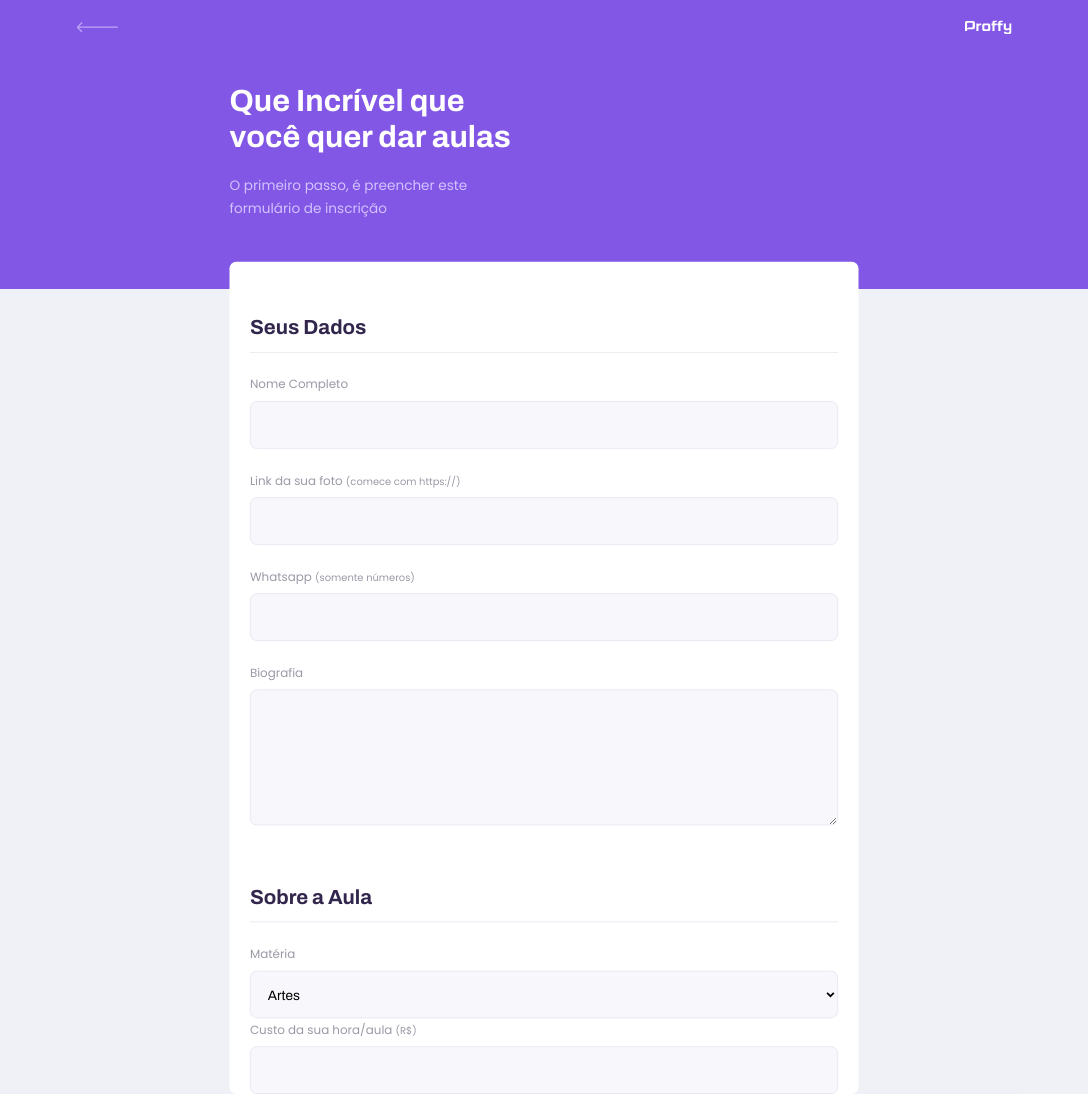
Repository: LukeVersus/NLW
Page: give-classes.html
An editor plug-in stored every save of this project. The page is shown before and after the next save, followed by the edit.
The browser window is 1280 px wide. The pictures show the whole page, at 85% of full size.

Above is the page before, as saved 2020-08-05 22:03:02.

### give-classes.html
<!DOCTYPE html>
<html lang="pt_br">
<head>
    <meta charset="UTF-8">
    <meta name="viewport" content="width=device-width, initial-scale=1.0">
    <title>Proffy | Sua Plataforma de Estudos Online</title>
    <link rel="stylesheet" href="/styles/main.css">
    <link rel="stylesheet" href="/styles/partials/header.css">
    <link rel="stylesheet" href="/styles/partials/forms.css">
    <link rel="stylesheet" href="/styles/partials/page-give-classes.css">
    <link href="https://fonts.googleapis.com/css2?family=Archivo:wght@400;700&amp;family=Poppins:wght@400;600&amp;display=swap" rel="stylesheet">

</head>
<body id="page-give-classes">

    <div id="container">
        <header class="page-header">
            <div class="top-bar-container">
                <a href="/">
                    <img src="/images/icons/back.svg" alt="Voltar">
                </a>
                <img src="/images/logo.svg" alt="Proffy">
            </div>
            <div class="header-content">
               <strong>Que Incrível que você quer dar aulas</strong>
               <p>O primeiro passo, é preencher este formulário de inscrição</p>
            </div>
        </header>
        <main>
           <form action="" id="create-class">
               <fieldset>
                   <legend>Seus Dados</legend>
                   <div class="input-block">
                       <label for="name">Nome Completo</label>
                       <input name="name" id="name" required>
                   </div>
                   <div class="input-block">
                       <label for="avatar">Link da sua foto <small>(comece com https://)</small></label>
                       <input name="avatar" id="avatar" type="url" required>
                   </div>
                   <div class="input-block">
                       <label for="whatsapp">Whatsapp <small>(somente números)</small></label>
                       <input name="whatsapp" id="whatsapp" type="number" required>
                   </div>
                   <div class="textarea-block">
                       <label for="bio">Biografia</label>
                       <textarea name="bio" id="bio" required></textarea>
                   </div>
               </fieldset>
               <fieldset>
                   <legend>Sobre a Aula</legend>
                   <div class="select-block">
                       <label for="subject">Matéria</label>
                       <select name="subject" id="subject" required>
                        <option value="" disabled="" hidden="">Selecione Uma Opção</option>
                        <option value="1">Artes</option>
                        <option value="2">Biologia</option>
                        <option value="3">Ciências</option>
                        <option value="4">Educação Física</option>
                        <option value="5">Espanhol</option>
                        <option value="6">Física</option>
                        <option value="7">Geografia</option>
                        <option value="8">História</option>
                        <option value="9">Inglês</option>
                        <option value="10">Matemática</option>
                        <option value="11">Português</option>
                        <option value="12">Química</option>
                       </select>
                   </div>
                   <div class="input-block">
                       <label for="cost">Custo da sua hora/aula <small>(R$)</small></label>
                       <input name="cost" id="cost" type="number" required>
                   </div>
               </fieldset>
           </form>
        </main>
    </div>


</body>
</html>

### styles/main.css
:root{
    --color-background: #F0F0F7;
    --color-primary-lighter: #9871F5;
    --color-primary-light: #916BEA;
    --color-primary: #8257E5;
    --color-primary-dark: #774DD6;
    --color-primary-darker: #6842C2;
    --color-secondary: #04D361;
    --color-secondary-dark: #04BF58;
    --color-title-in-primary: #FFFFFF;
    --color-text-in-primary: #D4C2FF;
    --color-text-title: #32264D;
    --color-text-complement: #9C98A6;
    --color-text-base: #6A6180;
    --color-line-in-white: #E6E6F0;
    --color-input-background: #F8F8FC;
    --color-button-text: #FFFFFF;
    --color-box-base: #FFFFFF;
    --color-box-footer: #FAFAFC;
    --color-small-info: #C1BCCC;
    /*tamanho da fonte padrão: 16px - 100% - 1rem */
    font-size: 60%; /*Controle das medidas rem e % */
}

* {
    margin: 0;
    padding: 0;
    box-sizing: border-box;
}

html, body{
    height: 100vh;
}

body{
    background: var(--color-background);
    display: flex;
    align-items: center;
    justify-content: center;
}

body, input, button, textarea{
    font: 500 1.6rem Poppins;
    color: var(--color-text-base);
}

#container{
    width: 90vw;
    max-width: 700px;
}

@media (min-width: 700px){
    :root{
        font-size: 62.5%;
    }
}

### styles/partials/header.css

.page-header{
    background-color: var(--color-primary);
    display: flex;
    flex-direction: column;
}

.page-header .top-bar-container{
    width: 90%;
    margin: 0 auto;
    display: flex;
    align-items: center;
    justify-content: space-between;
    padding: 1.6rem 0;
}

.page-header .top-bar-container a{
    height: 3.2rem;
    transition: opacity 0.2s;
}

.page-header .top-bar-container a:hover{
    opacity: 0.6;
}

.page-header .top-bar-container > img{
    height: 1.6rem;
}

.page-header .header-content{
    width: 90%;
    margin: 3.2rem auto;
    position: relative;
}

.page-header .header-content strong{
    font: 700 3.6rem Archivo;
    line-height: 4.2rem;
    color: var(--color-title-in-primary);
}

.page-header .header-content p{
    max-width: 30rem;
    font-size: 1.6rem;
    line-height: 2.6rem;
    color: var(--color-text-in-primary);
    margin-top: 2.4rem;
}


@media (min-width:700px){

    .page-header{
        height: 340px;
    }

    .page-header .top-bar-container{
        max-width: 1100px;
    }

    .page-header .header-content{
        max-width: 740px;
        margin: 0 auto;
        flex: 1 1;
        padding-bottom: 48px;
        display: flex;
        flex-direction: column;
        justify-content: center;
    }

    .page-header .header-content strong{
        max-width: 350px;
    }




}

### styles/partials/forms.css
.select-block label,
.input-block label,
.textarea-block label{
    font-size: 1.4rem;
    color: var(--color-text-complement);
}

.input-block input,
.select-block select,
.textarea-block textarea{
    width: 100%;
    height: 5.6rem;
    margin-top: 0.8rem;
    border-radius: 0.8rem;
    background: var(--color-input-background);
    border: 1px solid var(--color-line-in-white);
    outline: 0;
    padding: 0 1.6rem;
    font: 1.6rem Archivo;
}

.textarea-block textarea{
    padding: 1.2rem 1.6rem;
    height: 16rem;
    resize: vertical;
}

.input-block
.textarea-block{
    position: relative;
}

.input-block:focus-within::after,
.textarea-block:focus-within::after{
    content: "";
    width: calc(100% - 3.2rem);
    height: 2px;
    background: var(--color-primary-light);
    position: absolute;
    left: 1.6rem;
    right: 1.6rem;
    bottom: 0;
}

### styles/partials/page-give-classes.css
#page-give-classes #container{
    width: 100vw;
    height: 100vh;
}

#page-give-classes main{
    background: var(--color-box-base);
    width: 100%;
    max-width: 74rem;
    border-radius: 0.8rem;
    margin: -3.2rem auto 3.2rem;
    padding-top: 6.4rem;
}

#page-give-classes fieldset{
    border: none;
    padding: 0 2.4rem;
}

#page-give-classes fieldset legend{
    font: 700 2.4rem Archivo;
    color: var(--color-text-title);
    margin-bottom: 2.4rem;
    display: flex;
    align-items: center;
    justify-content: space-between;
    width: 100%;
    padding-bottom: 1.6rem;
    border-bottom: 1px solid var(--color-line-in-white);
}

#page-give-classes fieldset+fieldset{
    margin-top: 6.4rem;
}

#page-give-classes .input-block+.input-block,
#page-give-classes .input-block+.textarea-block,
#page-give-classes .select-block+.textarea-block{
    margin-top: 2.4rem;
}



@media(min-width: 700px){
    #page-give-classes #container{
        max-width: 100vw;
    }
}

After the next save:
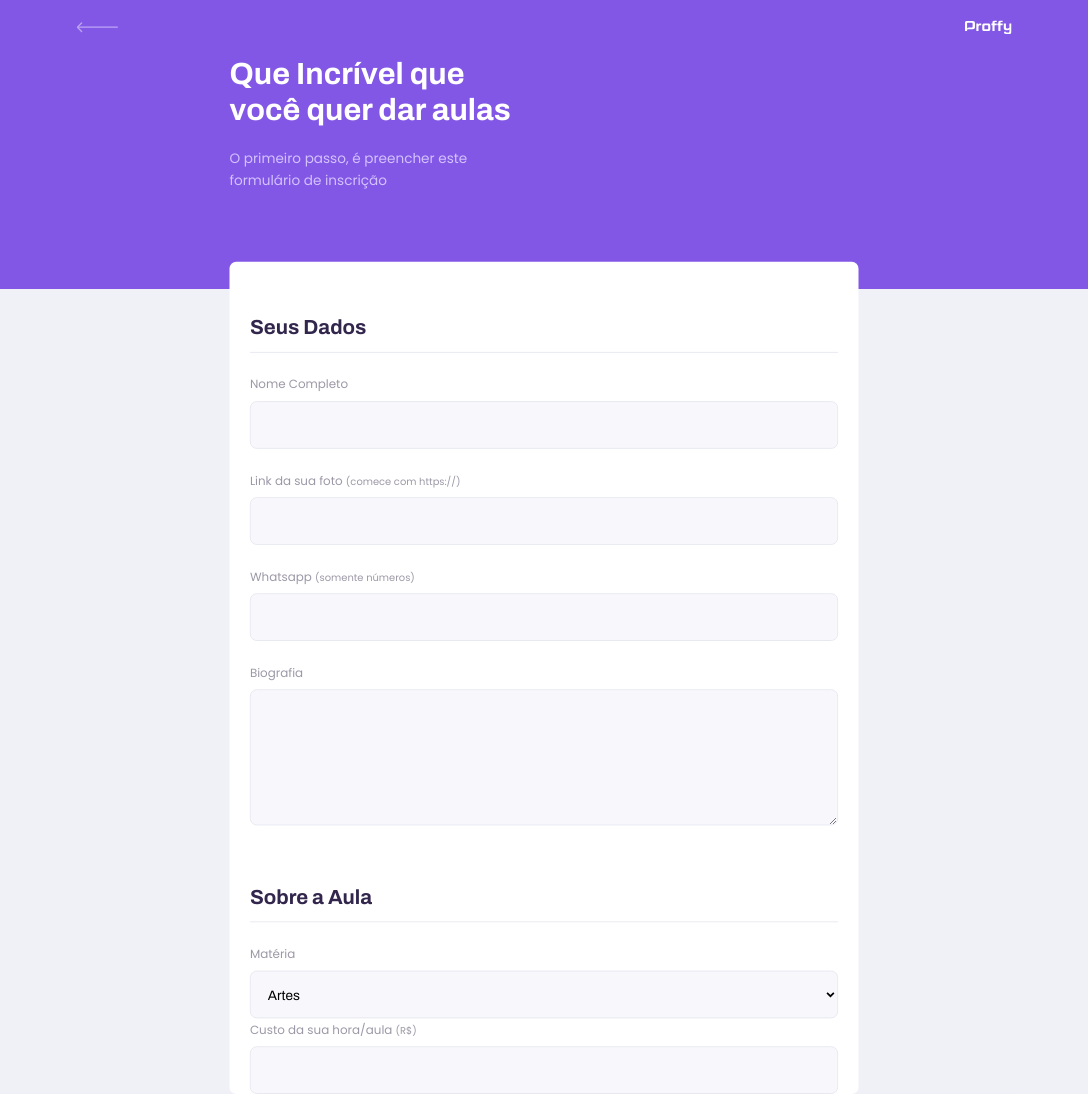
Saved 26 s later.
--- a/styles/partials/page-give-classes.css
+++ b/styles/partials/page-give-classes.css
@@ -1,6 +1,10 @@
 #page-give-classes #container{
     width: 100vw;
     height: 100vh;
+}
+
+#page-give-classes .page-header .header-content{
+    margin-bottom: 6.4rem;
 }
 
 #page-give-classes main{
